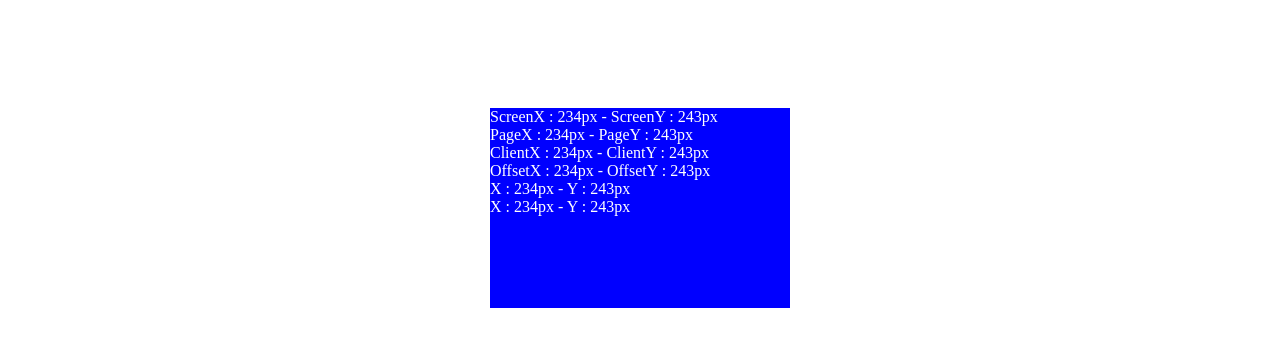
Repository: khanhbinh87/learnJs
Page: customSelect/Mouse/index.html
These files come from the project's save history. The page is drawn as it stood at one moment and after a run of saves; the edit follows.
The browser window is 1280 px wide. The pictures show the whole page.

Above is the page before, as saved 2021-06-18 00:05:56.

### customSelect/Mouse/index.html
<!DOCTYPE html>
<html lang="en">
<head>
    <meta charset="UTF-8">
    <meta name="viewport" content="width=device-width, initial-scale=1.0">
    <title>Document</title>
    <style>
        .container{
            width: 1170px;
            margin: 0 auto;
            padding: 100px 0;
        }
        .box{
            width: 300px;
            height: 200px;
            color: #fff;
            background-color: blue;
            margin: 0 auto;
        }
    </style>
</head>
<body>
    <div class="container">
        <div class="box">
            <div id="screen"> ScreenX : 234px - ScreenY : 243px</div>
            <div id="page"> PageX : 234px - PageY : 243px</div>
            <div id="client"> ClientX : 234px - ClientY : 243px</div>
            <div id="offset"> OffsetX : 234px - OffsetY : 243px</div>
            <div id="xy"> X : 234px - Y : 243px</div>
            <div id="xy"> X : 234px - Y : 243px</div>


        </div>
    </div>
</body>
<script src="main.js"></script>
</html>

### customSelect/Mouse/main.js
var boxEl = document.querySelector('.box')

boxEl.addEventListener('mouseover',function(e){
    // console.log('mouseover',e);

})
boxEl.addEventListener('mousemove',function(e){


    boxEl.querySelector('#screen').innerHTML = `ScreenX : ${e.screenX} - ScreenY : ${e.screenY}`;
    boxEl.querySelector('#page').innerHTML = `PageX : ${e.pageX} - PageY : ${e.pageY}`;
    boxEl.querySelector('#client').innerHTML = `ClientX : ${e.clientX} - ClientY : ${e.clientY}`;
    boxEl.querySelector('#offset').innerHTML = `OffsetX : ${e.offsetX} - OffsetY : ${e.offsetY}`;
    boxEl.querySelector('#xy').innerHTML = `X : ${e.x} - Y : ${e.y}`;


})
boxEl.addEventListener('mouseleave',function(e){
    // console.log('mouseleave',e);

})
boxEl.addEventListener('mouseout',function(e){
    // console.log('mouseout',e);

})

After the next 3 saves:
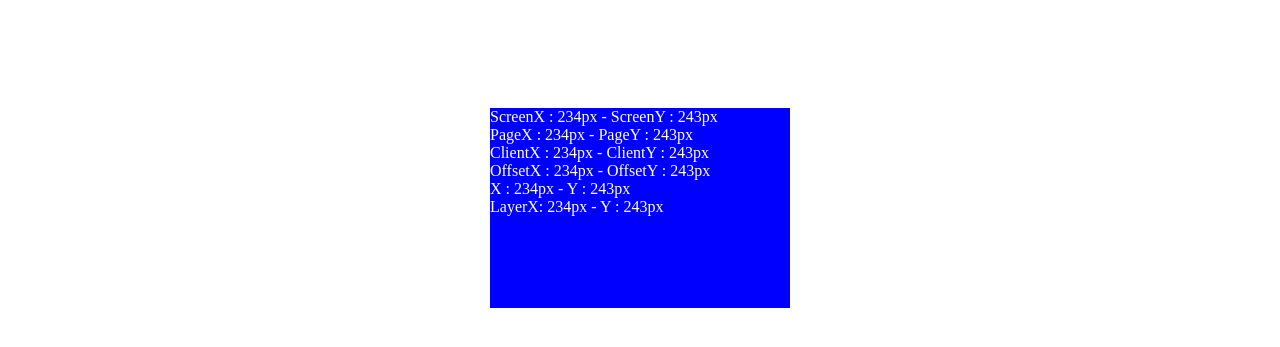
The 3 saves are shown as one change because they came seconds apart.
The last was saved 9 s later.
--- a/customSelect/Mouse/index.html
+++ b/customSelect/Mouse/index.html
@@ -27,7 +27,7 @@
             <div id="client"> ClientX : 234px - ClientY : 243px</div>
             <div id="offset"> OffsetX : 234px - OffsetY : 243px</div>
             <div id="xy"> X : 234px - Y : 243px</div>
-            <div id="xy"> X : 234px - Y : 243px</div>
+            <div id="layout"> LayerX: 234px - Y : 243px</div>
 
 
         </div>
